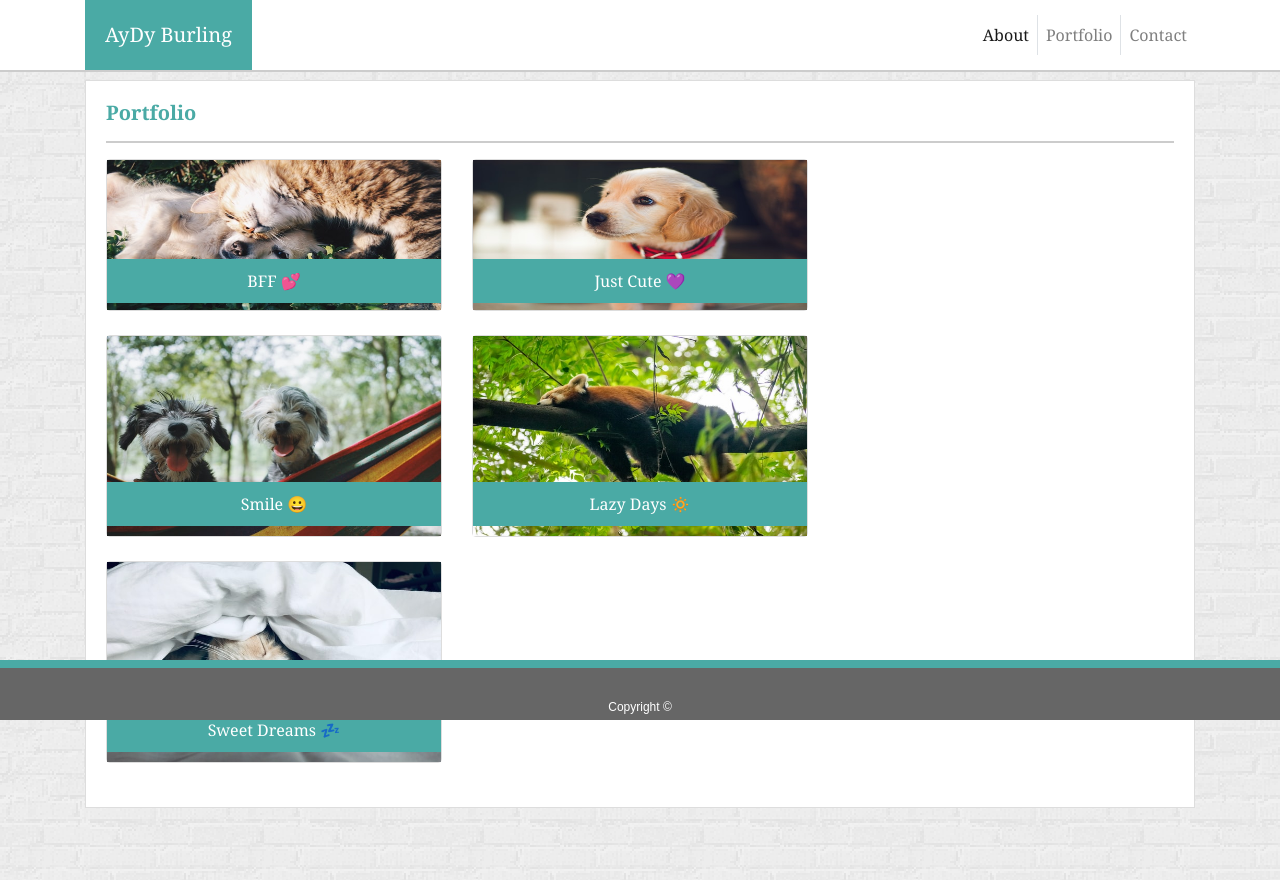
Repository: Dee1985/AyDy-Burling-prework
Page: Module-1_Assessment/portfolio.html
An editor plug-in stored every save of this project. The page is shown before and after the next save, followed by the edit.
The browser window is 1280 px wide. The pictures show the whole page.

Above is the page before, as saved 2020-05-22 23:30:36.

After the next save:
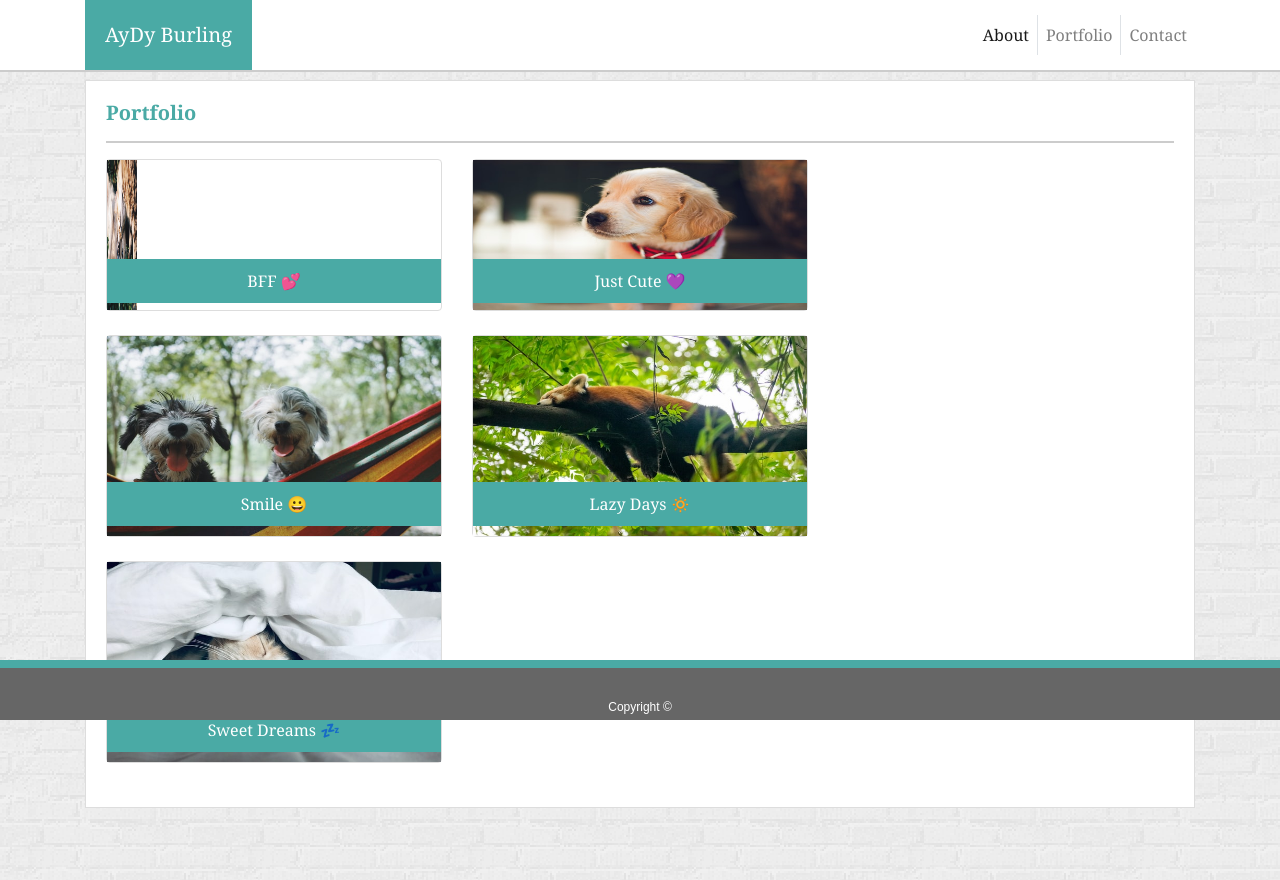
Saved 47 s later.
--- a/Module-1_Assessment/portfolio.html
+++ b/Module-1_Assessment/portfolio.html
@@ -58,7 +58,7 @@
               <!-- first card -->
                 <div class="col-4 mb-4">
                             <div class="card text-white">
-                                <img src="assets/img/krista-mangulsone-9gz3wfHr65U-unsplash.jpg"  height="150px" alt="cat and dog cuddles">
+                                <img src="assets/img/krista-mangulsone-9gz3wfHr65U-unsplash.jpg"  width="30px"height="150px" alt="cat and dog cuddles">
                                 <div class="card-heading text-center">
                                     BFF 💕
                                 </div>
